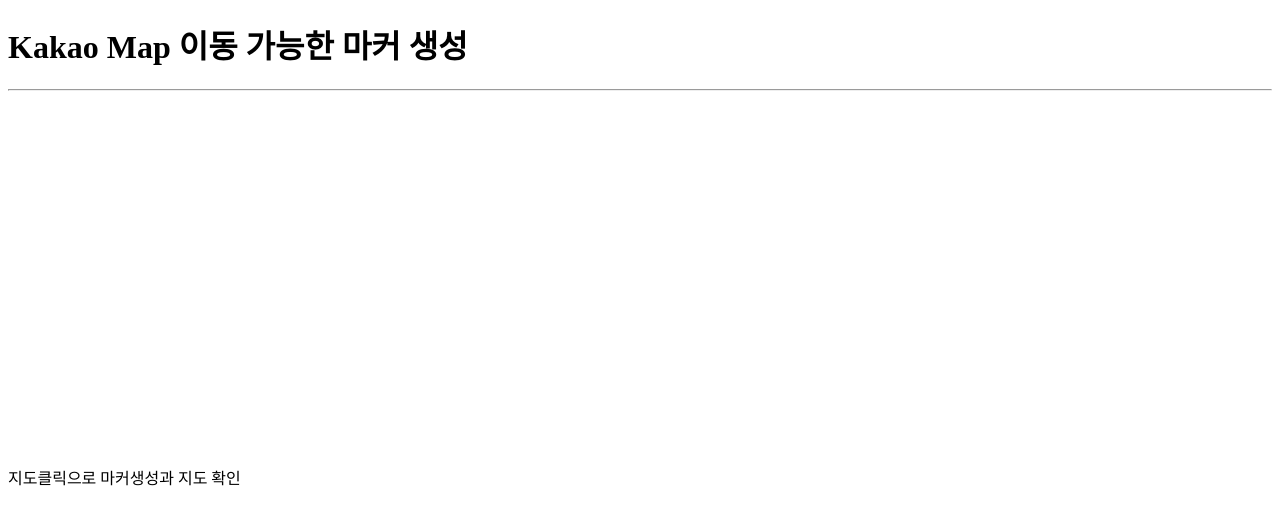
Repository: DongHyenYoo/DongHyen
Page: KakaoMapStudy/MapApp01/WebContent/MapTest014.html
An editor plug-in stored every save of this project. The page is shown before and after the next save, followed by the edit.
The browser window is 1280 px wide. The pictures show the whole page.

Above is the page before, as saved 2023-01-03 01:04:59.
Console error: ReferenceError: initialize is not defined

After the next save:
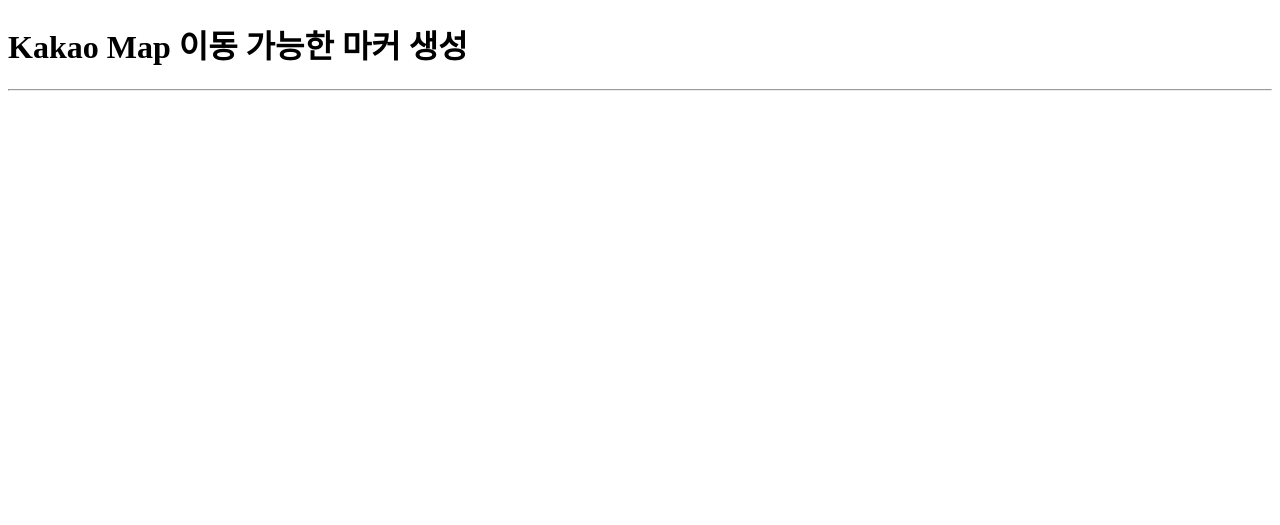
Saved 14 s later.
--- a/KakaoMapStudy/MapApp01/WebContent/MapTest014.html
+++ b/KakaoMapStudy/MapApp01/WebContent/MapTest014.html
@@ -13,14 +13,7 @@
 
 <!-- 지도를 그릴 div 공간 확보(지정) -->
 <div id="map" style="width: 100%; height: 350px;"></div>
-
-
- <p>
-      지도클릭으로 마커생성과 지도 확인
-   </p>
-<div id="result">
-</div>
-
+<br>
 
 </body>
 </html>
